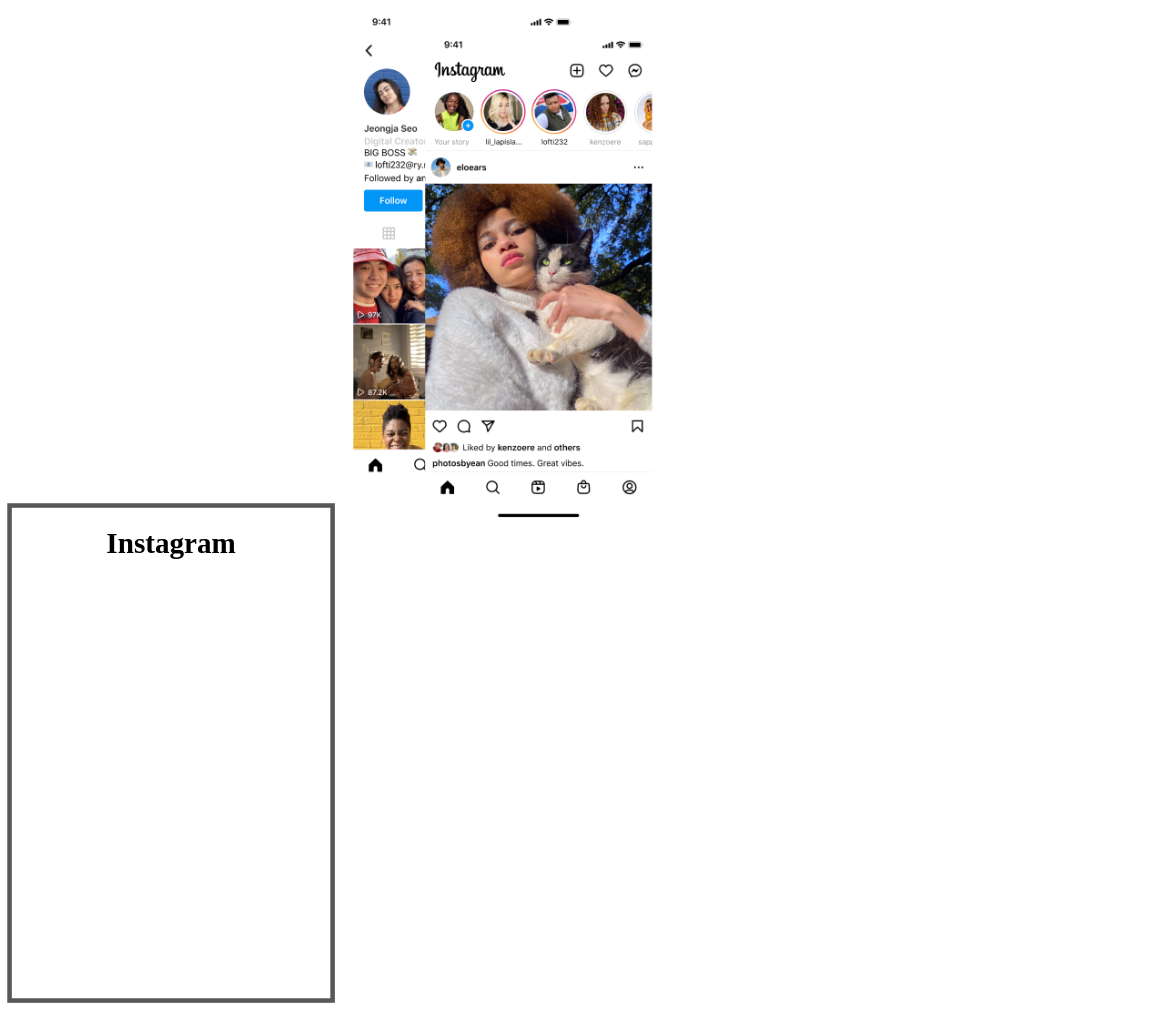
Repository: Harjot00/Wevdev
Page: instagram login page/login.html
The author's editor kept a copy of each file at every save. The page is drawn from the files as they stood at one save, then again after the next save.
The browser window is 1280 px wide. The pictures show the whole page, at 91% of full size.

Above is the page before, as saved 2022-04-03 10:24:24.

### instagram login page/login.html
<!DOCTYPE html>
<html lang="en">
<head>
    <meta charset="UTF-8">
    <meta http-equiv="X-UA-Compatible" content="IE=edge">
    <meta name="viewport" content="width=device-width, initial-scale=1.0">
    <link rel="stylesheet" href="login.css">
    <link rel="icon" type="image/x-icon" href="static/logo.png">
    <title>Document</title>
</head>
<body>
    <div id="parent">
        <img src="static/instagram2.png"  alt="">
        <img src="static/instagram1.png" id="overlay" alt="">

        <div id="login">
            <h1>Instagram</h1>
        </div>
    </div>
</body>
</html>

### instagram login page/login.css
body{
    text-align: center
}
#parent{
    margin:32px auto 0;
    display:inline;

}
#overlay{
    position:relative;
    right:175px;
    top:25px;
}
#login{
    height: 538.84px;
    width:350px;
    border:5px solid rgb(87, 87, 87);
}

After the next save:
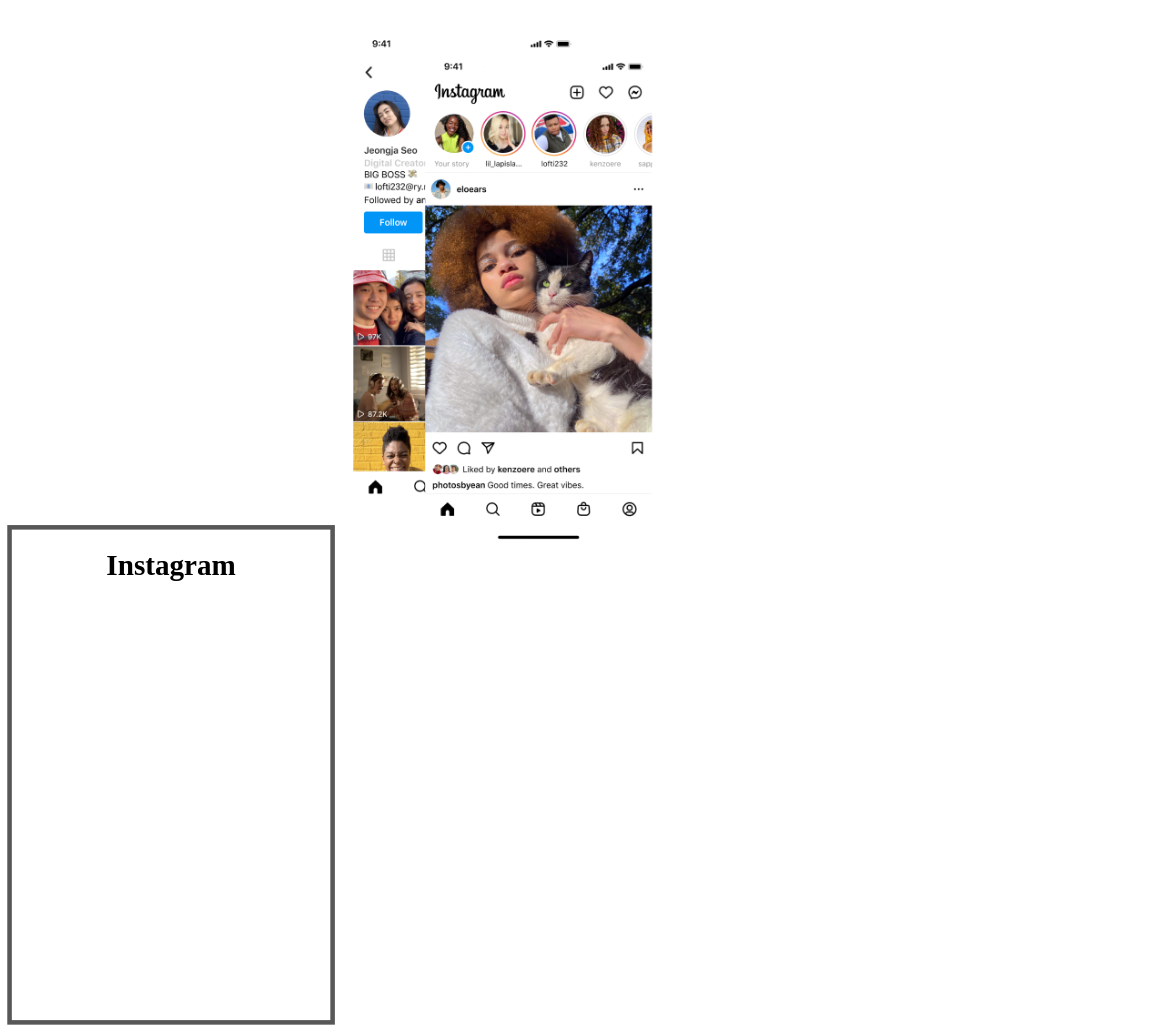
Saved 6 min 53 s later.
--- a/instagram login page/login.css
+++ b/instagram login page/login.css
@@ -3,8 +3,11 @@
 }
 #parent{
     margin:32px auto 0;
-    display:inline;
 
+
+}
+img{
+    display: inline-block;
 }
 #overlay{
     position:relative;
